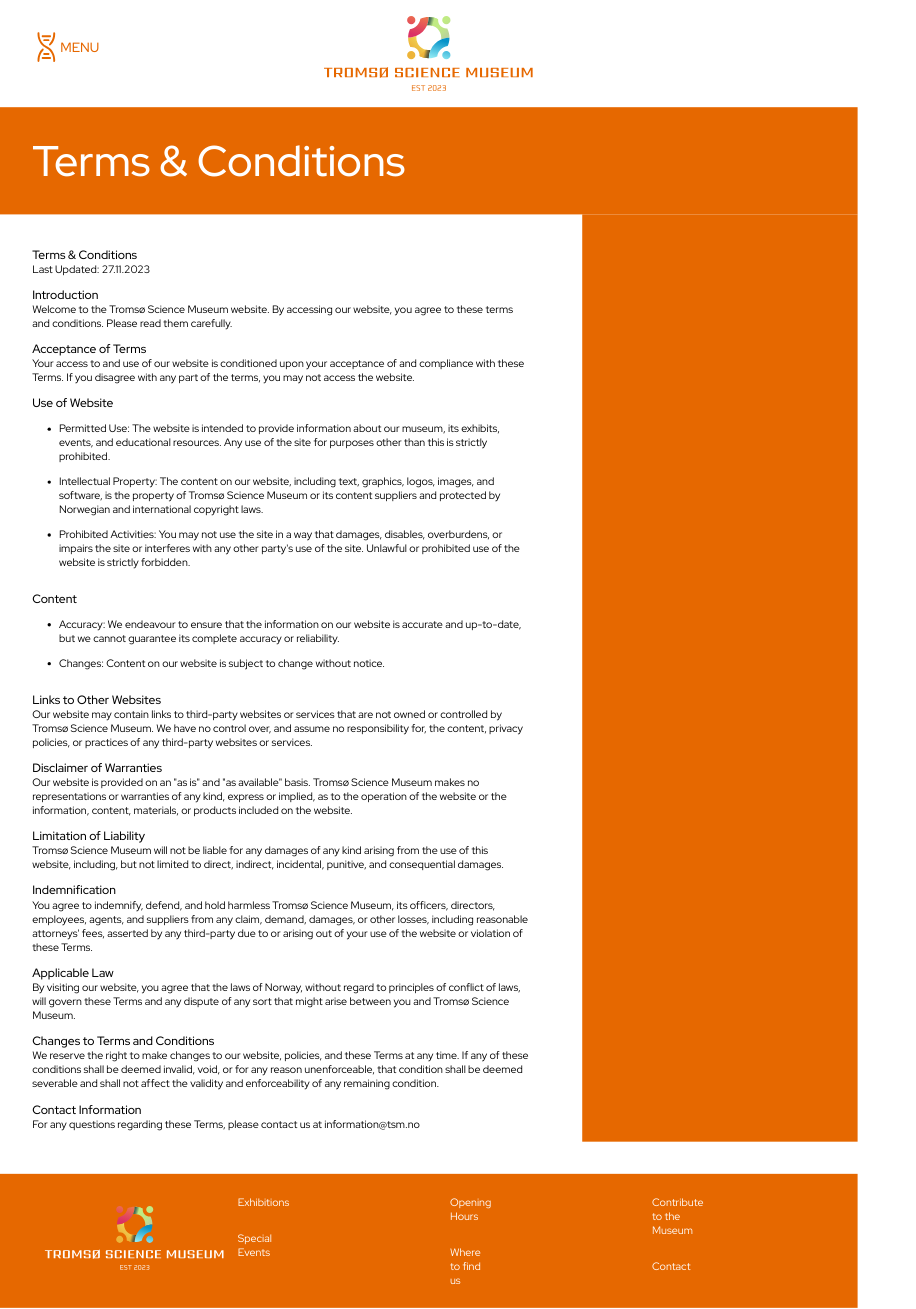
Repository: benjaminskarding/Semester-Project
Page: terms_conditions.html
An editor plug-in stored every save of this project. The page is shown before and after the next save, followed by the edit.
The browser window is 1280 px wide. The page is 1367 px wide, so the pictures cover 1367 px, including what lies to the right of the window. The pictures show the whole page, at 67% of full size.

Above is the page before, as saved 2023-11-29 16:13:36.

### terms_conditions.html
<!DOCTYPE html>
<html lang="en">
<head>
    <meta charset="UTF-8">
    <meta name="viewport" content="width=device-width, initial-scale=1.0">
    <link rel="stylesheet" href="/src/css/terms_conditions.css">
    <link rel="preconnect" href="https://fonts.googleapis.com">
    <link rel="preconnect" href="https://fonts.gstatic.com" crossorigin>
    <link href="https://fonts.googleapis.com/css2?family=Red+Hat+Display:wght@300;400;500;600;700;800&display=swap" rel="stylesheet">
    <title>Terms & Conditions</title>
</head>
<body>
    <header class="header-collection">
        <div class="header-wrapper">
            <nav class="header-main-nav">
                <div class="header-nav-left">
                    <a href="#menuOverlay" aria-label="Open Menu">
                        <img src="assets/images/icons/helixOrange.svg" class="menuIcon" alt="navigation menu icon">
                        <span class="orange">MENU</span>
                    </a>
                </div>
                <div class="header-nav-center-logo"></div>
                    <img class="logo" src="assets/images/logo/logoOrange.svg" alt="company logo">
                <div class="header-nav-right-placeholder">
                </div>
            </nav>
        </div>


        <!--hamburger menu overlay start-->
      <div class="hamburger-overlay" id="menuOverlay" aria-label="Menu overlay">

        <div class="overlay-header">
            <a href="#closeOverlay" class="overlay-close-btn" aria-label="Close menu">&times;</a>
            <a id="closeOverlay"></a>
        </div>

        <div class=overlayTitle>
          <h3>MENU</h3>
        </div>

        <div class="overlayOptionsContainer">
          <div class="separatorLine" aria-hidden="true"></div>
            <a href="list_of_products_men.html">
              <h5 class="menu-item">MENS</h5>
            </a>
          <div class="separatorLine" aria-hidden="true"></div>
            <a href="list_of_products_women.html">
              <h5 class="menu-item">WOMENS</h5>
          </a>
          <div class="separatorLine" aria-hidden="true"></div>
            <a href="list_of_products_men.html">
              <h5 class="menu-item">PHASE OUT 40%</h5>
          </a>
          <div class="separatorLine" aria-hidden="true"></div>
            <a href="about_page.html">
              <h5 class="menu-item">ABOUT</h5>
          </a>
          <div class="separatorLine" aria-hidden="true"></div>
            <a href="contact_us.html">
              <h5 class="menu-item">CONTACT</h5>
          </a>
          <div class="separatorLine" aria-hidden="true"></div>
            <a href="contact_us.html">
              <h5 class="menu-item">SUPPORT</h5>
          </a>
          <div class="separatorLine" aria-hidden="true"></div>
        </div>

        <div class="overlayLogoContainer">
            <img src="assets/images/logo/logo.svg" class="overlayLogo" alt="rainy days logo in hamburger overlay">
        </div>
      </div>
      <!--hamburger menu overlay end-->
    </header>
        <div class="top-bar">
            <h3 class="medium">Terms & Conditions</h3>
        </div>
        <div class="main-content-container">
            <div class="main-content">
                <h6>Terms & Conditions</h6>
                <p>Last Updated: 27.11.2023</p>
                <h6>Introduction</h6>
                <p>Welcome to the Tromsø Science Museum website. By accessing our website, you agree to these terms and conditions. Please read them carefully.</p>
                <h6>Acceptance of Terms</h6>
                <p>Your access to and use of our website is conditioned upon your acceptance of and compliance with these Terms. If you disagree with any part of the terms, you may not access the website.</p>
                <h6>Use of Website</h6>
                <ul>
                    <li>Permitted Use: The website is intended to provide information about our museum, its exhibits, events, and educational resources. Any use of the site for purposes other than this is strictly prohibited.</li>
                    <li>Intellectual Property: The content on our website, including text, graphics, logos, images, and software, is the property of Tromsø Science Museum or its content suppliers and protected by Norwegian and international copyright laws.</li>
                    <li>Prohibited Activities: You may not use the site in a way that damages, disables, overburdens, or impairs the site or interferes with any other party's use of the site. Unlawful or prohibited use of the website is strictly forbidden.</li>
                </ul>
                <h6>Content</h6>
                <ul>
                    <li>Accuracy: We endeavour to ensure that the information on our website is accurate and up-to-date, but we cannot guarantee its complete accuracy or reliability.</li>
                    <li>Changes: Content on our website is subject to change without notice.</li>
                </ul>
                <h6>Links to Other Websites</h6>
                <p>Our website may contain links to third-party websites or services that are not owned or controlled by Tromsø Science Museum. We have no control over, and assume no responsibility for, the content, privacy policies, or practices of any third-party websites or services.</p>
                <h6>Disclaimer of Warranties</h6>
                <p>Our website is provided on an "as is" and "as available" basis. Tromsø Science Museum makes no representations or warranties of any kind, express or implied, as to the operation of the website or the information, content, materials, or products included on the website.</p>
                <h6>Limitation of Liability</h6>
                <p>Tromsø Science Museum will not be liable for any damages of any kind arising from the use of this website, including, but not limited to direct, indirect, incidental, punitive, and consequential damages.</p>
                <h6>Indemnification</h6>
                <p>You agree to indemnify, defend, and hold harmless Tromsø Science Museum, its officers, directors, employees, agents, and suppliers from any claim, demand, damages, or other losses, including reasonable attorneys' fees, asserted by any third-party due to or arising out of your use of the website or violation of these Terms.</p>
                <h6>Applicable Law</h6>
                <p>By visiting our website, you agree that the laws of Norway, without regard to principles of conflict of laws, will govern these Terms and any dispute of any sort that might arise between you and Tromsø Science Museum.</p>
                <h6>Changes to Terms and Conditions</h6>
                <p>We reserve the right to make changes to our website, policies, and these Terms at any time. If any of these conditions shall be deemed invalid, void, or for any reason unenforceable, that condition shall be deemed severable and shall not affect the validity and enforceability of any remaining condition.</p>
                <h6>Contact Information</h6>
                <p>For any questions regarding these Terms, please contact us at information@tsm.no</p>
            </div>
            <div class="sidebar"></div>
        </div>
        <footer id=desktop-footer class="footer">
            <div class="footer-container">
                  <!--footer left side-->
                  <a href="index.html" class="footer-left-container" aria-label="Back to homepage">
                    <img src="assets/images/logo/logo.svg" class="footer-logo" alt="company logo in footer">
                  </a>
                <!--footer center-->
                <div class="footer-center-container">
                  <div class="footer-column-1">
                    <p class="footer-titles">Exhibitions</p>
                    <p class="footer-titles">Special Events</p>
                  </div>
                  <div class="footer-column-2">
                    <p class="footer-titles">Opening Hours</p>
                    <p class="footer-titles">Where to find us</p>
                  </div>
                  <div class="footer-column-3">
                    <p class="footer-titles">Contribute to the Museum</p>
                    <p class="footer-titles">Contact</p>
                  </div>
                  <div class="footer-column-4">
                    <p class="footer-titles">Terms & Conditions</p>
                    <p class="footer-titles">Privacy Policy</p>
                  </div>
                </div>
            </div>
          </footer>
</body>
</html>

### src/css/terms_conditions.css
@import url(common.css);
@import url(_reset.css);
@import url(_variables.css);

.sidebar {
    display: flex;
    flex-direction: column;
    align-items: center;
    justify-content: flex-start;
    right: 0;
    background-color: #E66800;
    flex: 1;
}

.main-content {
    display: flex;
    flex-direction: column;
    margin-left: 3rem;
    margin-top: 3rem;
    flex: 2;
}

.main-content p, li {
    margin-bottom: 1em;
    margin-right: 5em;
}

.reduce-margin {
    margin-top: -1em;
}

### src/css/common.css
body, html {
    height: 100%;
    margin: 0;
}

a {
    text-decoration: none;
    cursor: pointer;
    color: inherit;
}

/* common header, landing page has specific */

.header-collection {
    background-color: white;
    height: 160px;
}

.header-wrapper {
    margin-left: 3rem;
    margin-right: 3rem;
}

.logo {
    margin-top: 1.5rem;
}


.header-main-nav {
    display: flex;
    justify-content: space-between;
    align-items: center;
    width: 100%;
}



.header-nav-left {
    flex: 1;
    display: flex;
    align-items: center;
    font-size: 1.25rem;
    font-weight: var(--font-weight-medium);
}

.header-nav-left a {
    display: flex;
    justify-content: flex-start;
    align-items: center;
}

.header-nav-center-logo {
    flex: 0;
}

.header-nav-right-placeholder {
    flex: 1;
    display: flex;
    justify-content: flex-end;
}

/* Footer */

.footer{
    background-color: var(--color-secondary);
    height: 200px;
    display: flex;
    margin-top: 3rem;
}

.footer-container {
    display: flex;
    align-items: center;
    justify-content: space-between;
    margin-left: 3rem;
    margin-right: 3rem;
    width: 100%;
}


.footer-center-container {
    display: flex;
    gap: 15rem;
    margin-right: 3rem;
}

.footer-logo {
    height: 100px;
}

.footer-titles {
    display: flex;
    margin-bottom: 2rem;
    margin-top: 2rem;
    color: white;
}


/* Main content */

.main-content-container {
    display: flex;
}

.top-bar {
    display: flex;
    align-items: center;
    background-color: #E66800;
    width: 100%;
    height: 160px;
}

.top-bar h3 {
    margin-left: 3rem;
}

/* Hamburger overlay */

.hamburger-overlay {
    position: fixed;
    top: 160px;
    right: 0;
    width: 30rem;
    height: 100%;
    background-color: var(--color-secondary);
    z-index: 1000;
    visibility: hidden;
    opacity: 0;
    transition: opacity 0.3s, visibility 0.3s;
    display: flex;
    flex-direction: column;
    justify-content: space-between;
}

.overlay-header {
    display: flex;
    justify-content: space-between;
    align-items: center;
    text-align: center;
}

.hamburger-overlay:target {
    visibility: visible;
    opacity: 1;
}

.overlayOptionsContainer {
    flex-direction: column;
    height: 100%;
}

.menu-item {
    display: flex;
    justify-content: space-between;
    align-items: center;
    margin: 0 1rem;
    color: white;
}

.overlayTitle {
    display: flex;
    align-items: center;
    justify-content: center;
    color: var(--color-primary);
    margin-bottom: 10px;
}

.overlayLogoContainer {
    display: flex;
    justify-content: center;
    margin-bottom: 2rem;
    margin-top: 1rem;
}

.overlayLogo {
    width: 50%;
}

.overlay-close-btn {
    padding-top: 10px;
    margin-left: 1rem;
    color: white;
    font-size: 2rem;
    background: none;
    border: none;
    cursor: pointer;
}

### src/css/_reset.css
*, *:before, *:after {
    box-sizing: inherit;
  }

  body {
    box-sizing: border-box;
    min-height: 100vh;
    margin: 0;
  }

### src/css/_variables.css
:root{
    --color-primary: white;
    --color-secondary: #E66800;

    --font-primary: 'Red Hat Display', sans-serif;
    --font-size: 16px;
    --font-weight-regular: 400;
    --font-weight-medium: 500;
    --font-weight-semibold: 600;
    --font-weight-bold: 700;
}

.medium {
    font-weight: 500
}

.regular {
    font-weight: 400;
}

.semibold {
    font-weight: 600;
}

strong, .bold {
    font-weight: var(--font-weight-bold)
}

body {
    font-family: var(--font-primary)
}

.white {
    color:white;
}

.orange {
    color: var(--color-secondary)
}

h1,h2,h3,h4 {
    color: var(--color-primary)
}

h1,h2,h3,h4,h5,h6,p {
    font-family: var(--font-primary);
    margin: 0;
    padding: 0;
}

h3 {
    font-size: 4rem; /* 64px */
}

h5 {
    font-size: 1.25rem; /*20px*/
    font-weight: var(--font-weight-medium);
}

h6 {
    font-size: 1.125rem; /*18px*/
    font-weight: var(--font-weight-medium)
}

After the next save:
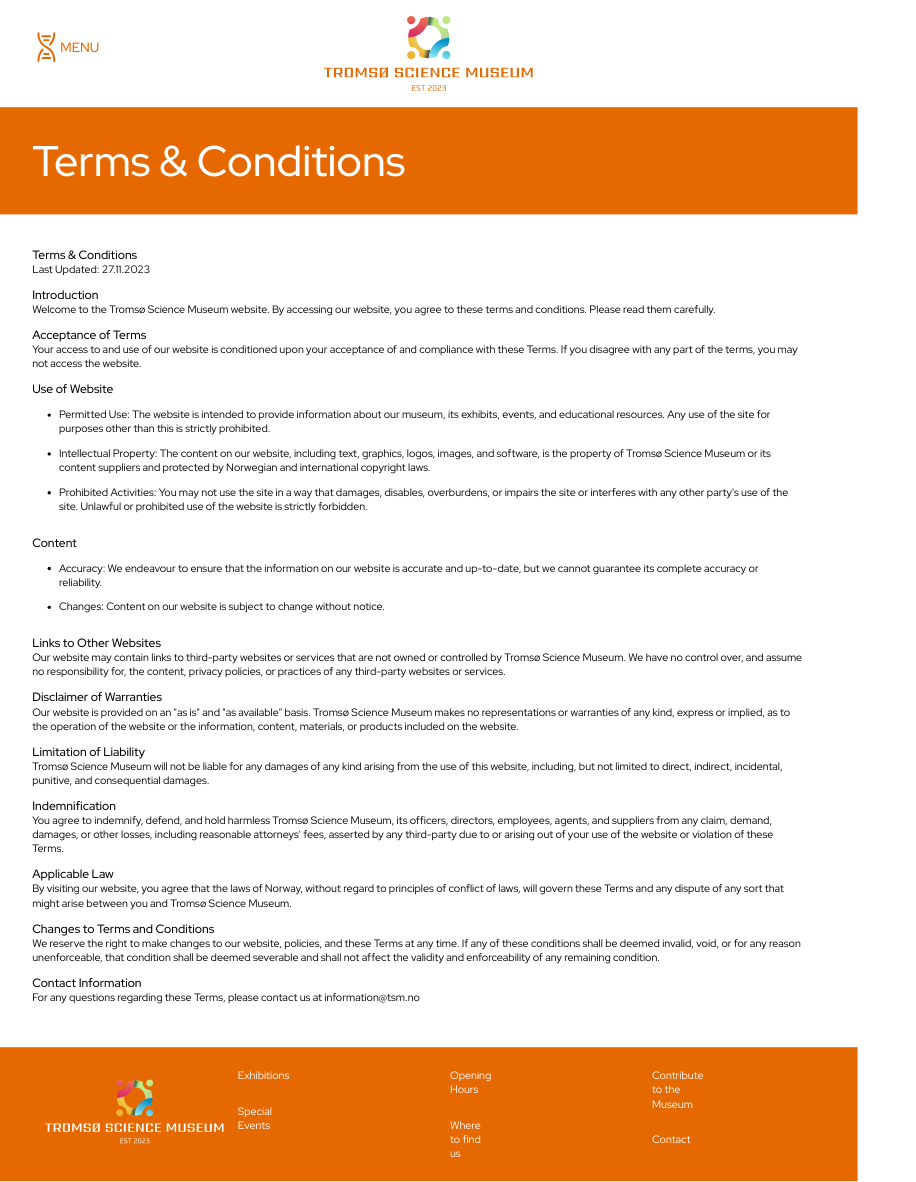
Saved 36 s later.
--- a/src/css/terms_conditions.css
+++ b/src/css/terms_conditions.css
@@ -9,7 +9,6 @@
     justify-content: flex-start;
     right: 0;
     background-color: #E66800;
-    flex: 1;
 }
 
 .main-content {
@@ -17,7 +16,6 @@
     flex-direction: column;
     margin-left: 3rem;
     margin-top: 3rem;
-    flex: 2;
 }
 
 .main-content p, li {
